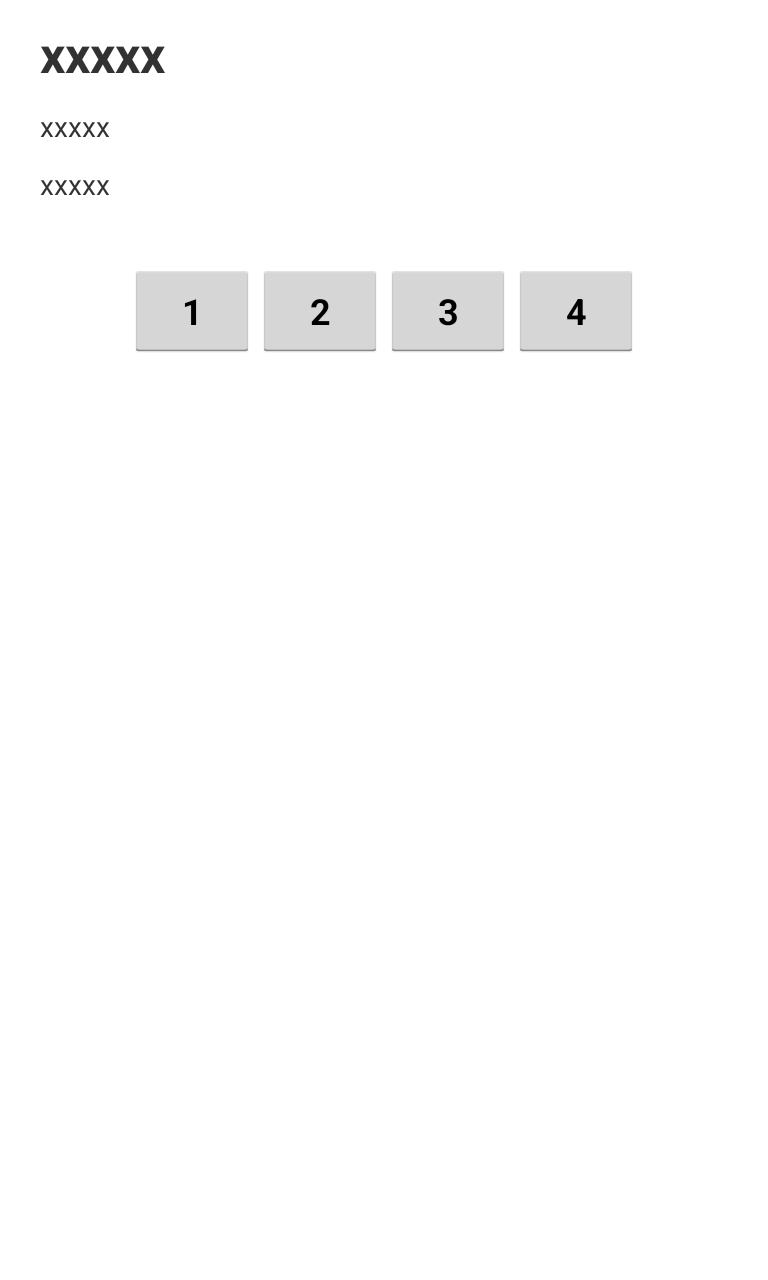
Repository: SettawutSomboon/SouthNationalPark
Layout: SouthNationalParkTravel/SouthNationalPark/res/layout/test.xml
An editor plug-in stored every save of this project. The layout is shown before and after a run of saves, followed by the edit.
It is drawn on a 768 x 1280 px phone screen (xhdpi) without system bars, with theme AppTheme; the app's code is not run.

Above is the layout before, as saved 2015-02-27 12:11:21.

After the next 2 saves:
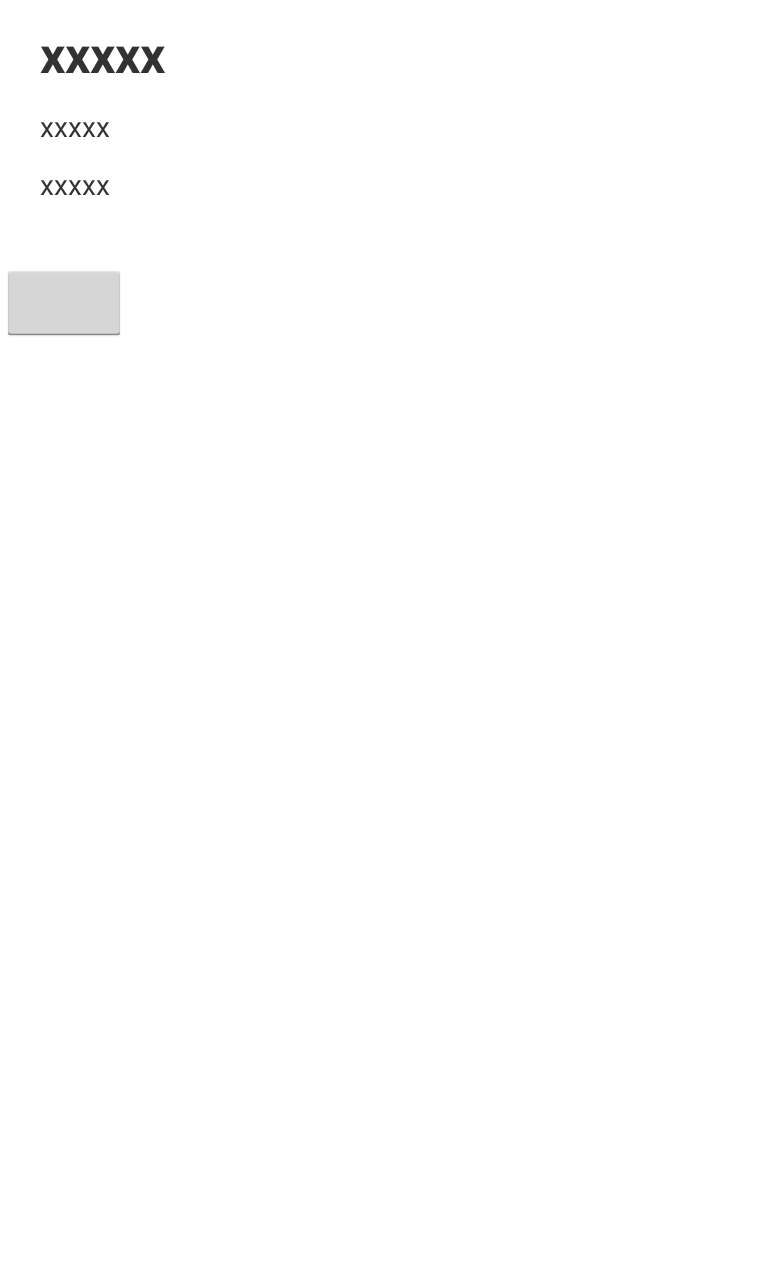
The 2 saves are shown as one change because 1 did not build or start.
The last was saved 19 h 11 min later.
--- a/SouthNationalParkTravel/SouthNationalPark/res/layout/test.xml
+++ b/SouthNationalParkTravel/SouthNationalPark/res/layout/test.xml
@@ -9,7 +9,6 @@
         android:layout_width="match_parent"
         android:layout_height="wrap_content"
         android:layout_marginBottom="10dp"
-        android:fillViewport="true"
         android:paddingBottom="10dp"
         android:paddingLeft="10dp"
         android:paddingRight="10dp" >
@@ -26,22 +25,22 @@
 
             <TextView
                 android:id="@+id/txt_parkname"
-                android:layout_width="match_parent"
+                android:layout_width="wrap_content"
                 android:layout_height="wrap_content"
+                android:text="xxxxx"
                 android:textSize="25dp"
-                android:textStyle="bold"
-                android:text="xxxxx" />
+                android:textStyle="bold" />
 
             <TextView
                 android:id="@+id/txt_general"
-                android:layout_width="match_parent"
+                android:layout_width="wrap_content"
                 android:layout_height="wrap_content"
                 android:layout_marginTop="10dp"
                 android:text="xxxxx" />
 
             <TextView
                 android:id="@+id/txt_topography"
-                android:layout_width="match_parent"
+                android:layout_width="wrap_content"
                 android:layout_height="wrap_content"
                 android:layout_marginTop="10dp"
                 android:text="xxxxx" />
@@ -49,52 +48,20 @@
     </ScrollView>
 
     <LinearLayout
-        android:layout_width="match_parent"
+        android:layout_width="fill_parent"
         android:layout_height="wrap_content"
-        android:gravity="bottom"
-        android:orientation="vertical" >
+        android:layout_alignParentBottom="true"
+        android:layout_centerHorizontal="true"
+        android:orientation="horizontal" >
 
-        <RelativeLayout
-            android:id="@+id/rl_easyfund_step1_purchase_next"
-            android:layout_width="match_parent"
-            android:layout_height="wrap_content" >
+        <Button
+            android:layout_width="wrap_content"
+            android:layout_height="40dp"
+            android:layout_gravity="bottom"
+            android:layout_marginRight="3dp"
+            android:layout_marginTop="1dp" />
 
-            <LinearLayout
-                android:layout_width="match_parent"
-                android:layout_height="wrap_content"
-                android:background="#ffffff"
-                android:gravity="center"
-                android:orientation="horizontal" >
 
-                <Button
-                    android:id="@+id/red__bt_id"
-                    android:layout_width="wrap_content"
-                    android:layout_height="wrap_content"
-                    android:text="1"
-                    android:textStyle="bold" />
-
-                <Button
-                    android:id="@+id/yellow_bt_id"
-                    android:layout_width="wrap_content"
-                    android:layout_height="wrap_content"
-                    android:text="2"
-                    android:textStyle="bold" />
-
-                <Button
-                    android:id="@+id/green_bt_id"
-                    android:layout_width="wrap_content"
-                    android:layout_height="wrap_content"
-                    android:text="3"
-                    android:textStyle="bold" />
-
-                <Button
-                    android:id="@+id/blue_bt_id"
-                    android:layout_width="wrap_content"
-                    android:layout_height="wrap_content"
-                    android:text="4"
-                    android:textStyle="bold" />
-            </LinearLayout>
-        </RelativeLayout>
     </LinearLayout>
 
 </LinearLayout>
